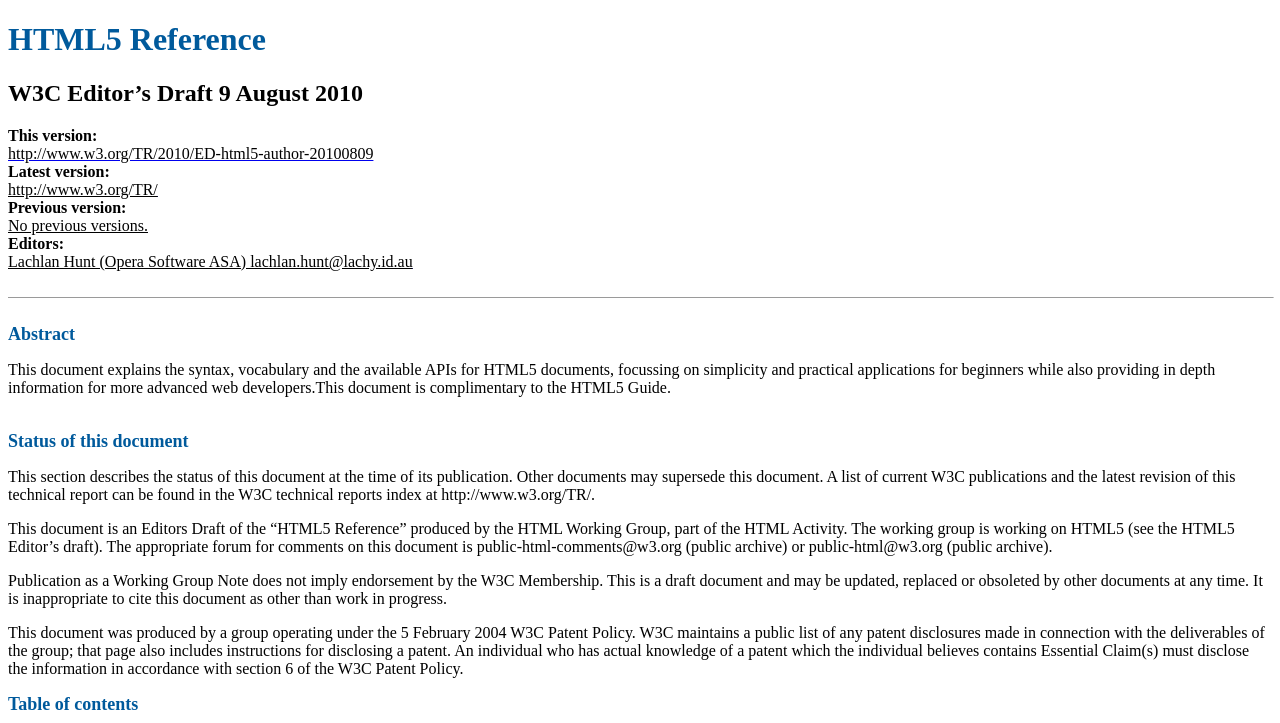
Repository: Hwang-97/HhwDesktop
Page: client/ClientTest/src/main/webapp/html/question/list/q1.html
An editor plug-in stored every save of this project. The page is shown before and after the next save, followed by the edit.
The browser window is 1280 px wide. The pictures show the whole page.

Above is the page before, as saved 2021-12-09 10:59:40.

### client/ClientTest/src/main/webapp/html/question/list/q1.html
<!DOCTYPE html>
<html>
<head>
<meta charset="UTF-8">
<title>Q1</title>
</head>
<body>
<h1><font color = "005A9C">HTML5 Reference</font></h1>
<h2>W3C Editor’s Draft 9 August 2010</h2>
<strong>This version:</strong><br>
<a href="http://www.w3.org/TR/2010/ED-html5-author-20100809">
<font color ="000000">http://www.w3.org/TR/2010/ED-html5-author-20100809
</font>
</a><br>

<strong>Latest version:</strong><br>
<a href="http://www.w3.org/TR/">
<font color ="000000"><u>http://www.w3.org/TR/</u></font>
</a><br>

<strong>Previous version:</strong><br>
<a href="No previous versions.">
<font color ="000000"><u>No previous versions.</u></font>
</a><br>

<strong>Editors:</strong><br>
<a href="Lachlan Hunt (Opera Software ASA) lachlan.hunt@lachy.id.au">
<font color ="000000"><u>Lachlan Hunt (Opera Software ASA) lachlan.hunt@lachy.id.au</u></font>
</a><br><br>

<hr size ="1" width="100%"><br>

<font color = "005A9C" size ="4"><b>Abstract</b></font><br>
<p>This document explains the syntax, vocabulary and the available APIs for HTML5 documents, focussing on simplicity and practical applications for beginners while also providing in depth information for more advanced web developers.This document is complimentary to the HTML5 Guide.</p><br>

<font color = "005A9C" size ="4"><b>Status of this document</b></font><br>
<p>This section describes the status of this document at the time of its publication. Other documents may supersede this document. A list of current W3C publications and the latest revision of this technical report can be found in the W3C technical reports index at http://www.w3.org/TR/.</p>
<p>This document is an Editors Draft of the “HTML5 Reference” produced by the HTML Working Group, part of the HTML Activity. The working group is working on HTML5 (see the HTML5 Editor’s draft). The appropriate forum for comments on this document is public-html-comments@w3.org (public archive) or public-html@w3.org (public archive).</p>
<p>Publication as a Working Group Note does not imply endorsement by the W3C Membership. This is a draft document and may be updated, replaced or obsoleted by other documents at any time. It is inappropriate to cite this document as other than work in progress.</p>
<p>This document was produced by a group operating under the 5 February 2004 W3C Patent Policy. W3C maintains a public list of any patent disclosures made in connection with the deliverables of the group; that page also includes instructions for disclosing a patent. An individual who has actual knowledge of a patent which the individual believes contains Essential Claim(s) must disclose the information in accordance with section 6 of the W3C Patent Policy.</p>

<font color = "005A9C" size ="4"><b>Table of contents</b></font><br>
</body>
</html>

After the next save:
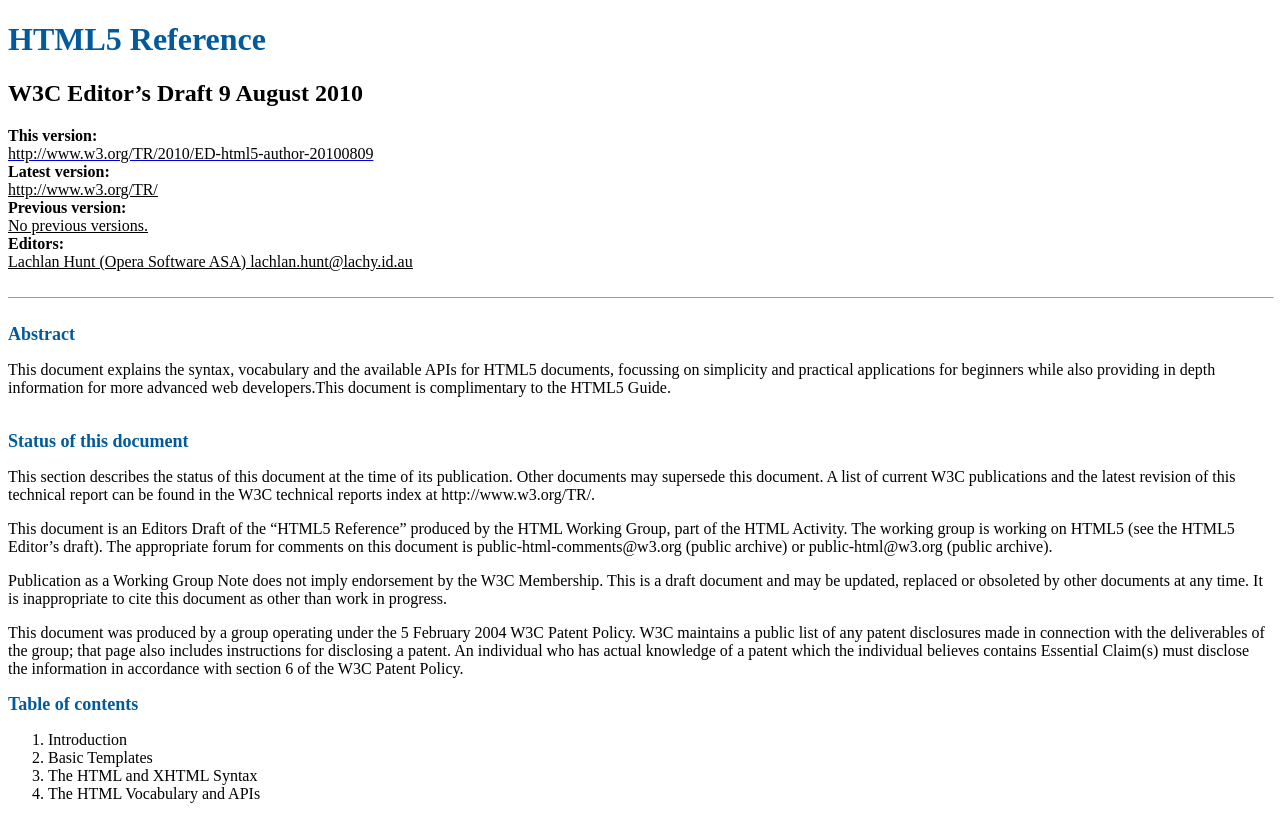
Saved 82 s later.
--- a/client/ClientTest/src/main/webapp/html/question/list/q1.html
+++ b/client/ClientTest/src/main/webapp/html/question/list/q1.html
@@ -40,5 +40,11 @@
 <p>This document was produced by a group operating under the 5 February 2004 W3C Patent Policy. W3C maintains a public list of any patent disclosures made in connection with the deliverables of the group; that page also includes instructions for disclosing a patent. An individual who has actual knowledge of a patent which the individual believes contains Essential Claim(s) must disclose the information in accordance with section 6 of the W3C Patent Policy.</p>
 
 <font color = "005A9C" size ="4"><b>Table of contents</b></font><br>
+<ol>
+	<li>Introduction</li>
+	<li>Basic Templates</li>
+	<li>The HTML and XHTML Syntax</li>
+	<li>The HTML Vocabulary and APIs</li>
+</ol>
 </body>
 </html>
